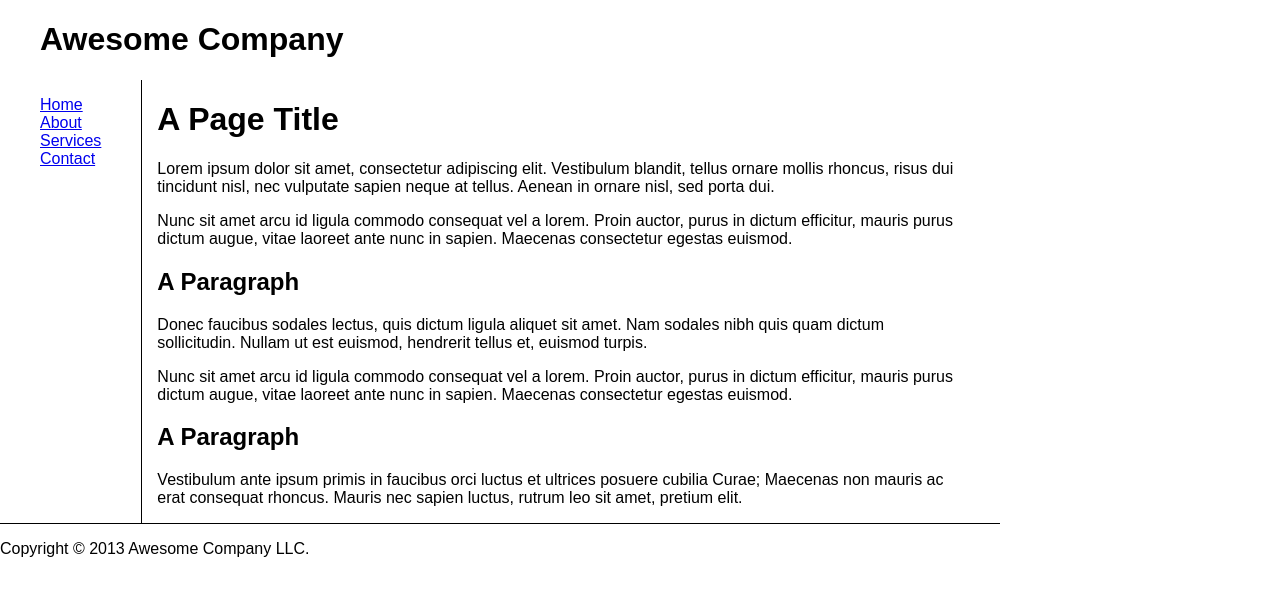
Repository: paircolumbus/DoYouKnowTheDom2
Page: left-hand-nav-drill/index.html
The author's editor kept a record of every edit. The page is drawn from the files as they stood at one moment, then again after the next edit.
The browser window is 1280 px wide. The pictures show the whole page.

Above is the page before.

After the next edit:
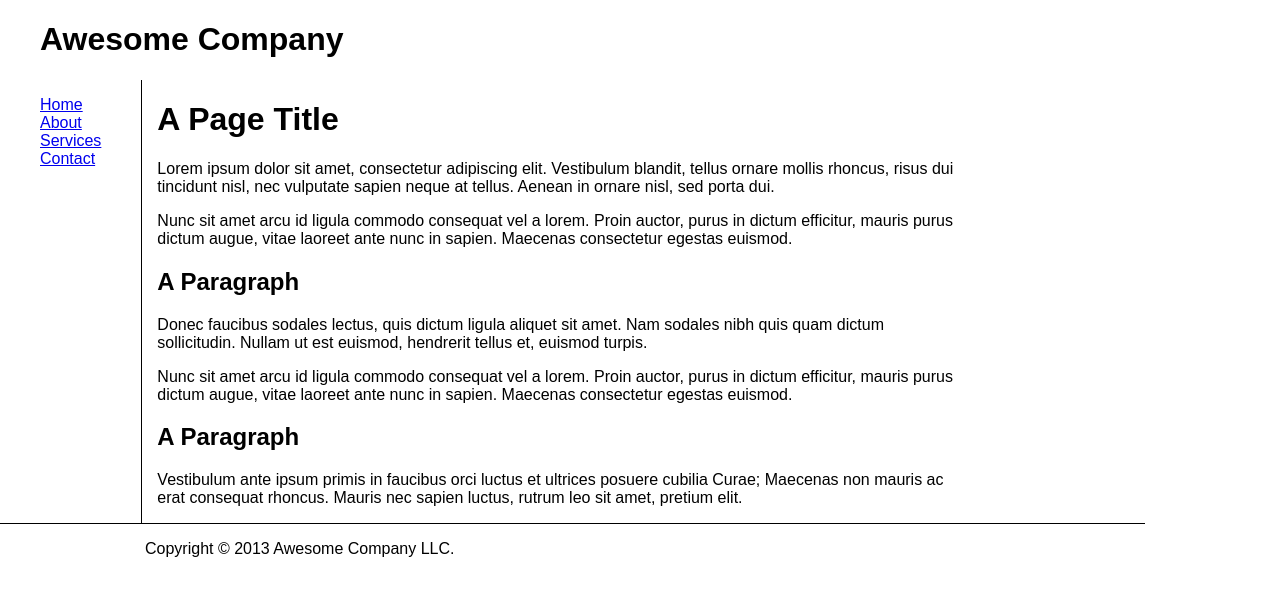
The edit:
--- a/left-hand-nav-drill/main.css
+++ b/left-hand-nav-drill/main.css
@@ -29,5 +29,6 @@
   clear: both;
   width: 1000px;
   border-top: 1px solid black;
+  padding-left: 145px;
 }
 /* & here */
